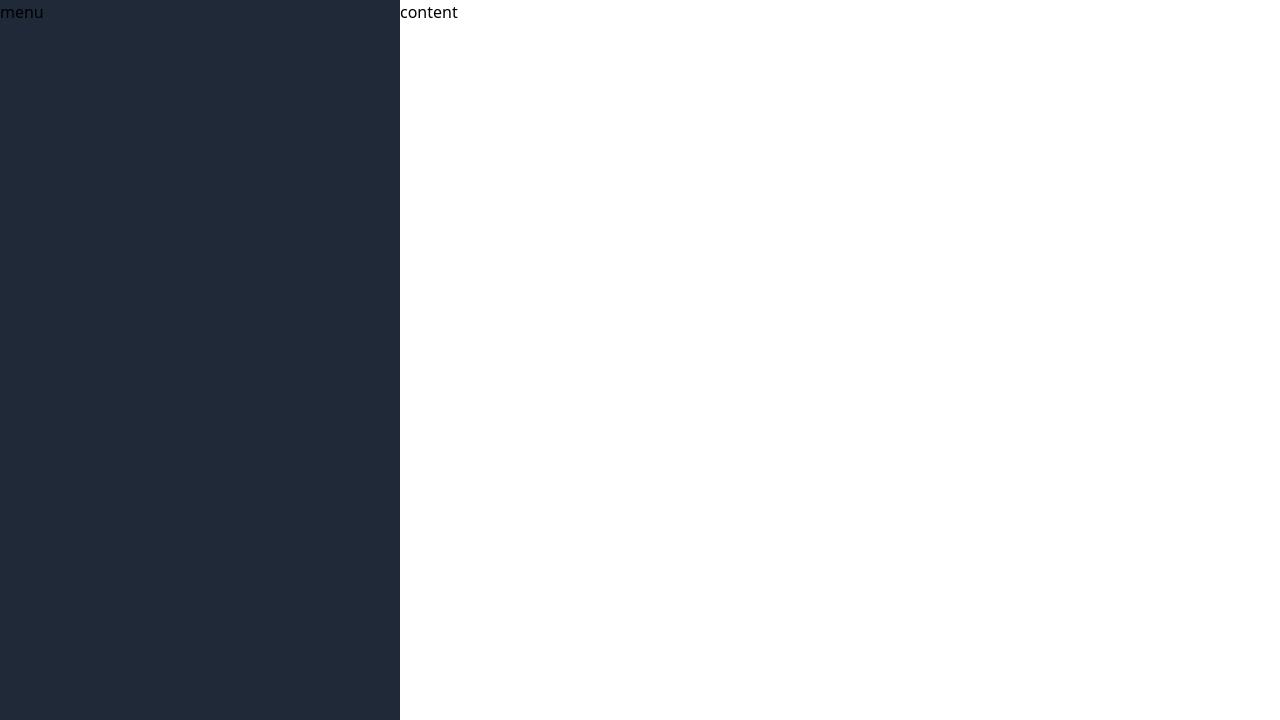
Repository: liangyingbo/vite-vue-TS
Page: /#/admin/home
These files come from the project's save history. The page is drawn as it stood at one moment and after the next save; the edit follows.
The browser window is 1280 px wide. The pictures show the whole page.
The project was rebuilt for these pictures with package versions that can differ from the ones it lists, and the page was loaded fresh each time. Also part of the build but not shown: vite.config.ts, src/components/form/HdButton.vue, src/components/form/HdInput.vue, src/components/form/hdLink.vue, src/styles/global.scss.

Above is the page before, as saved 2022-11-18 19:21:58.

### index.html
<!DOCTYPE html>
<html lang="en">
  <head>
    <meta charset="UTF-8" />
    <link rel="icon" type="image/svg+xml" href="/vite.svg" />
    <meta name="viewport" content="width=device-width, initial-scale=1.0" />
    <link href="https://cdn.bootcdn.net/ajax/libs/font-awesome/6.2.0/css/all.css" rel="stylesheet">
    <title>Vite + Vue + TS</title>
  </head>
  <body>
    <div id="app"></div>
    <script type="module" src="/src/main.ts"></script>
  </body>
</html>

### src/main.ts
import { createApp } from 'vue'
import router, { setupRouter } from '@/router'
import { setupPlugins } from '@/plugins'
import '@/styles/global.scss'
import App from './App.vue'

async function bootstrap() {
    const app = createApp(App)
    setupRouter(app)
    setupPlugins(app)
    await router.isReady()
    app.mount('#app')
}
bootstrap()

### src/router/index.ts
import { App } from 'vue';
import { createRouter, createWebHashHistory } from 'vue-router'
import routes from './routes';
import layoutRoutes from './autoLoad';
import guard from './guard';
const router = createRouter({
    history: createWebHashHistory(),
    routes : [...routes,...layoutRoutes]
})
export function setupRouter(app:App){

    guard(router)
    app.use(router)
}

export default router;

### src/plugins/index.ts
import { App } from "vue";
import { setupTailWindCssPlugin } from "./tailwindcss";

export function setupPlugins(app: App) {
    autoRegisterComponent(app)

    setupTailWindCssPlugin()
}



function autoRegisterComponent(app: App) {
    const components = import.meta.glob('../components/form/*.vue', { eager: true })
    console.log(components)
    Object.keys(components).forEach(key => {
        const name = key.split('/').pop()?.split('.')[0] as string

        app.component(name, components[key].default)
    })
}

### src/App.vue
<script setup lang="ts">

// import {info} from '@/apis/userApi'

//const response =  info()
// console.log(response.then(res=>res.data.age))
// console.log()

 </script>

 <template>

    <router-view ></router-view>
 </template>

<style scoped>
</style>

### src/router/routes.ts
import { RouteRecordRaw } from "vue-router"
 const routes = [
    {
        path:'/home',
        name:'home',
        component:() => import("@/views/home.vue"),
    }
]  as  RouteRecordRaw[]

export default routes

### src/router/autoLoad.ts
import { RouteRecordRaw } from "vue-router";


const layout = import.meta.glob('../layouts/*.vue')
const children = import.meta.glob('../views/**/*.vue')
function getRoutes() {
    const layoutRoutes = [] as RouteRecordRaw[]
    Object.entries(layout).forEach(([file, module]) => {
        const route = getRouteByModule(file, module)
        route.children = getChildrenRoutes(route)
        layoutRoutes.push(route)
    })
    return layoutRoutes
}


// 根据布局路由匹配子路由
function getChildrenRoutes(layoutRoute: RouteRecordRaw) {
    const routes = [] as RouteRecordRaw[]
    Object.entries(children).forEach(([file, module]) => {
        if (file.includes(`../views/${layoutRoute.name as string}`)) {
            const route = getRouteByModule(file, module)
            routes.push(route)
        }
    })
    return routes
}

function getRouteByModule(file: string, module: () => Promise<unknown>) {
    const name = file.replace(/.+layouts\/|.+views\/|\.vue/gi, '')
    const route = {
        name: name.replace('/', '.'),
        path: `/${name}`,
        component: module
    } as RouteRecordRaw

    return route
}
export default getRoutes()

### src/router/guard.ts
 import { RouteLocationNormalized, Router } from "vue-router"


class Guard {
    constructor(private router: Router) { }

    public run() {
          this.router.beforeEach((to,from) =>{
            console.log(to)
             if(!this.isLogin(to)) return {name:'auth.login'}


          })
    }

    private isLogin(route:RouteLocationNormalized){
        // console.log(route.meta)
        console.log(route.meta)
        return true
    }
}

export default (router: Router) => {
    new Guard(router).run()
}

### src/plugins/tailwindcss/index.ts
import './tailwindcss.css'

export function setupTailWindCssPlugin(){

}

### src/layouts/admin.vue
<template>
    <div>
         <router-view></router-view>
    </div>
</template>
<script lang="ts" setup>
import routes from "@/router/routes";


</script>

<script lang="ts">
export default {
    route:{meta:{auth:true}}
}
</script>

<style lang="scss" scoped>

</style>

### src/views/admin/home.vue
<template>
    <div class="w-screen h-screen flex">
        <div class="w-[400px] bg-gray-800">
             menu
        </div>
        <div>
            content
        </div>
    </div>
</template>

<script lang="ts" setup></script>

<style lang="scss" scoped>

</style>

Loaded but not shown: src/plugins/tailwindcss/tailwindcss.css (common file); tailwind.config.cjs (common file)

After the next save:
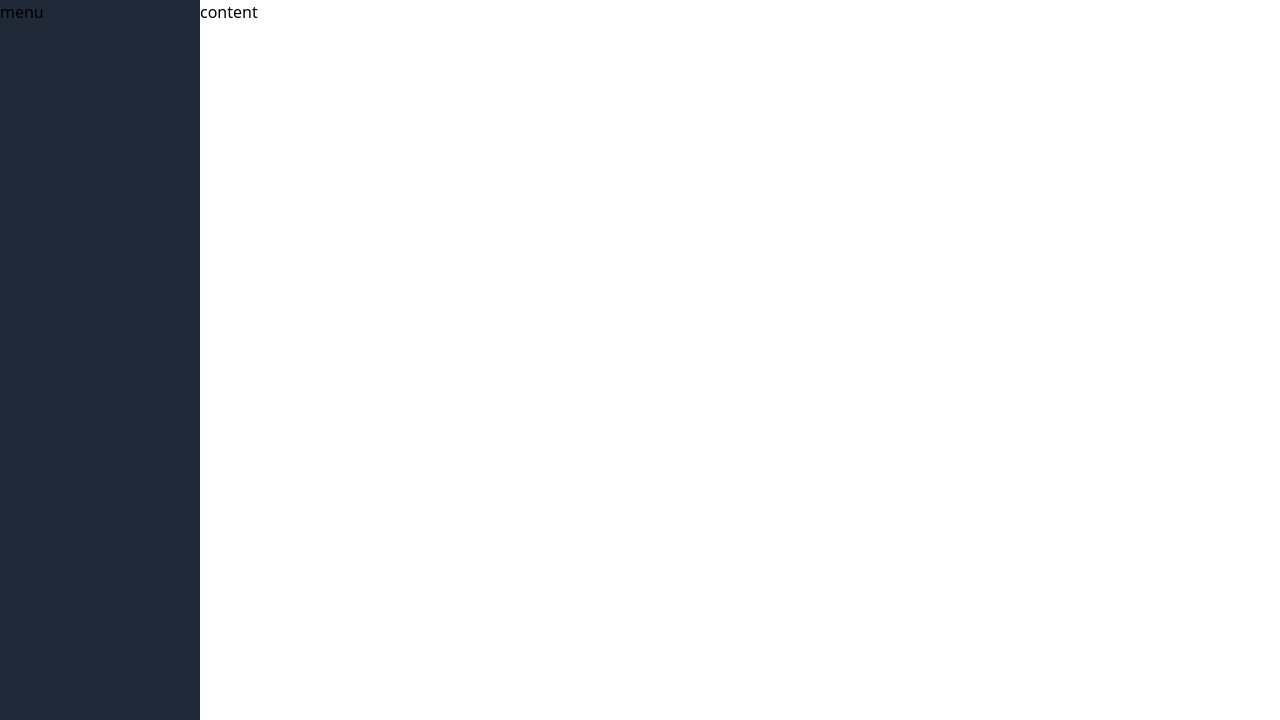
Saved 10 s later.
--- a/src/views/admin/home.vue
+++ b/src/views/admin/home.vue
@@ -1,6 +1,6 @@
 <template>
     <div class="w-screen h-screen flex">
-        <div class="w-[400px] bg-gray-800">
+        <div class="w-[200px] bg-gray-800">
              menu
         </div>
         <div>
